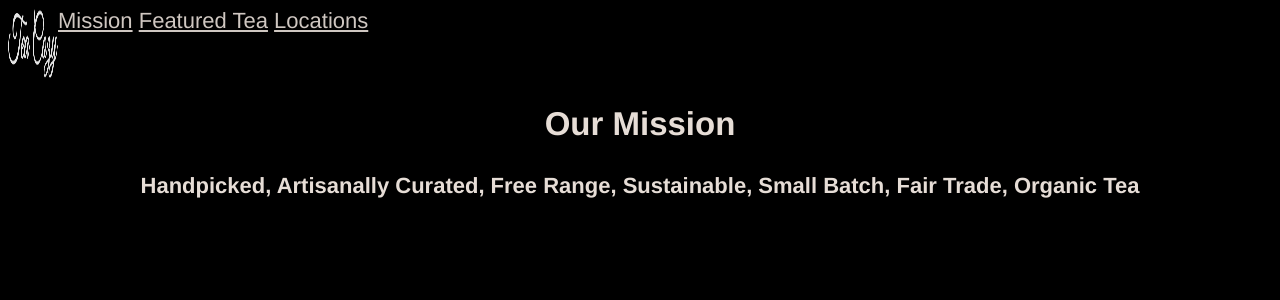
Repository: NiutaR/teaCozy
Page: index.html
These files come from the project's save history. The page is drawn as it stood at one moment and after a run of saves; the edit follows.
The browser window is 1280 px wide. The pictures show the whole page.

Above is the page before, as saved 2021-08-06 17:22:33.

After the next 2 saves:
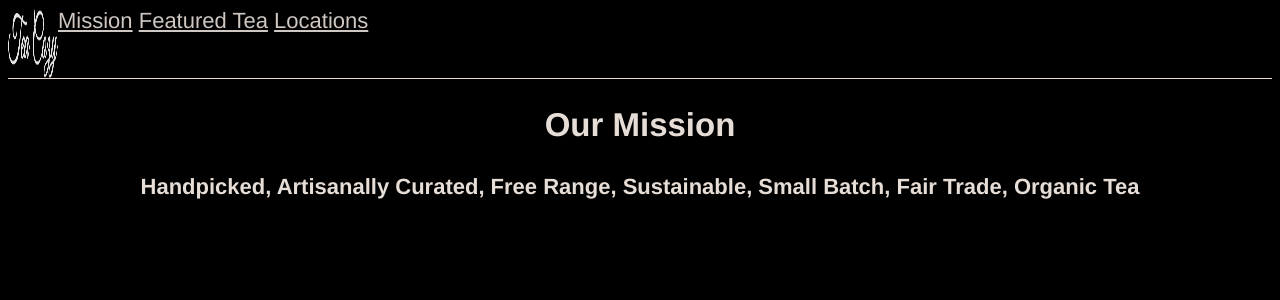
The 2 saves are shown as one change because they came seconds apart.
The last was saved 8 s later.
--- a/src/style.css
+++ b/src/style.css
@@ -14,5 +14,5 @@
 header {
     display: flex;
     height: 70px;
-    border-bottom: 1px;
+    border-bottom: 1px solid seashell;
 }
